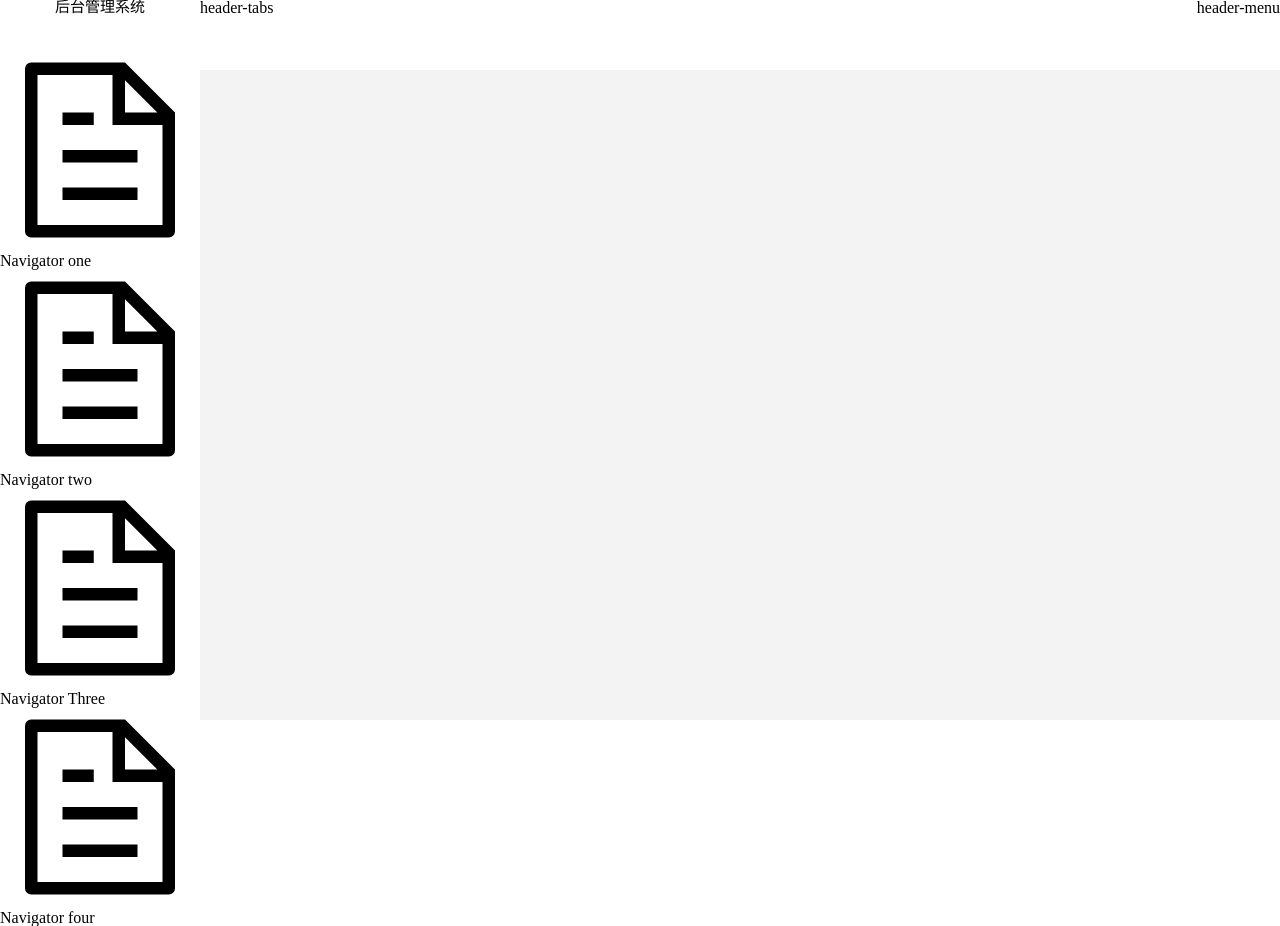
Repository: serrrN/admin
Page: /
An editor plug-in stored every save of this project. The page is shown before and after the next save, followed by the edit.
The browser window is 1280 px wide. The pictures show the whole page.
The project was rebuilt for these pictures with package versions that can differ from the ones it lists, and the page was loaded fresh each time. Also part of the build but not shown: vite.config.ts, src/styles/index.scss.

Above is the page before, as saved 2024-06-02 15:30:12.

After the next save:
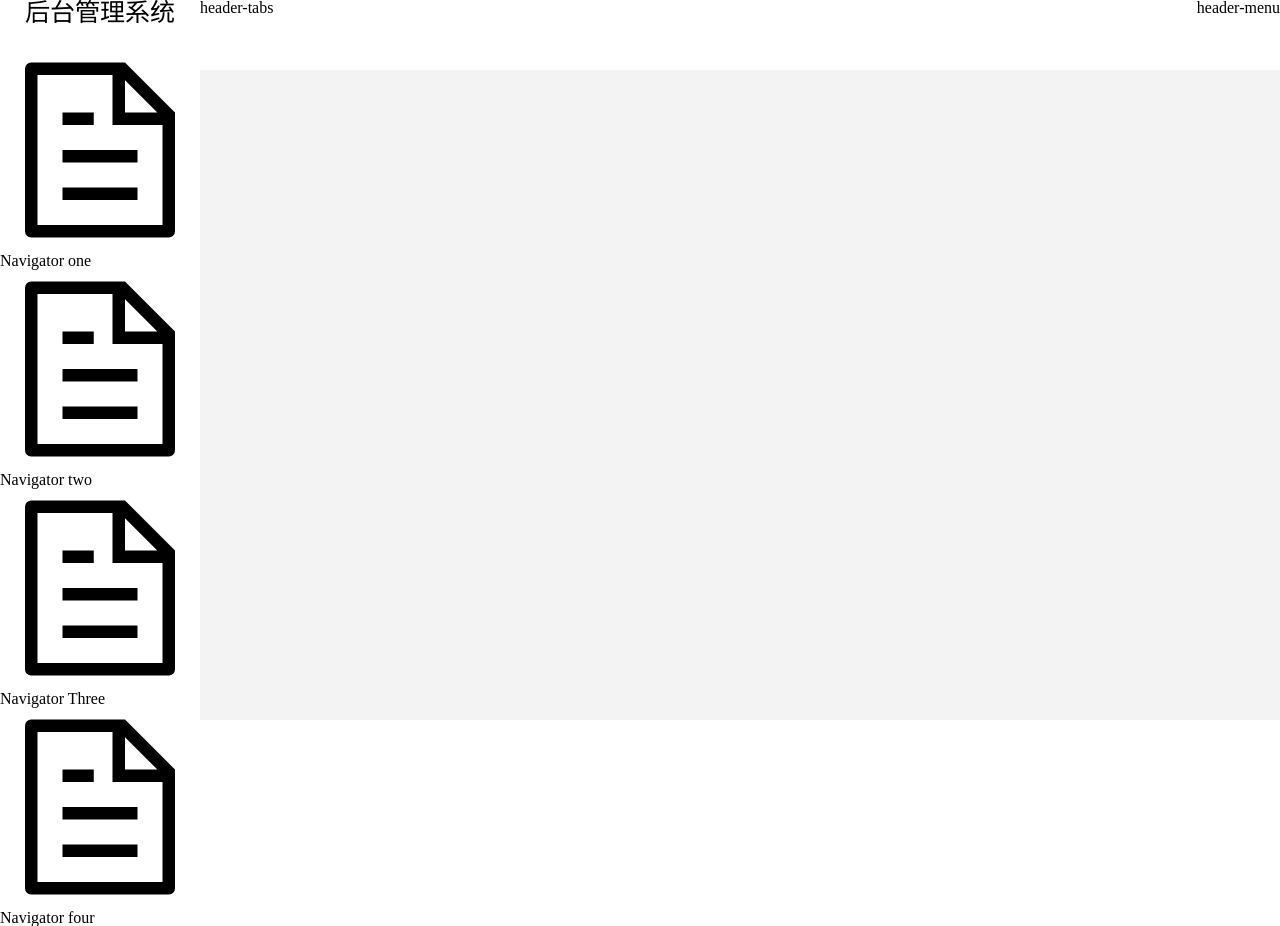
Saved 12 s later.
--- a/src/layout/menu/index.vue
+++ b/src/layout/menu/index.vue
@@ -45,7 +45,7 @@ const handleClose = (key: string, keyPath: string[]) => {
     text-align: center;
     width: 100%;
     height: 50px;
-    font-size: 15px;
+    font-size: 25px;
   }
 }
 .el-menu-vertical-demo:not(.el-menu--collapse) {
